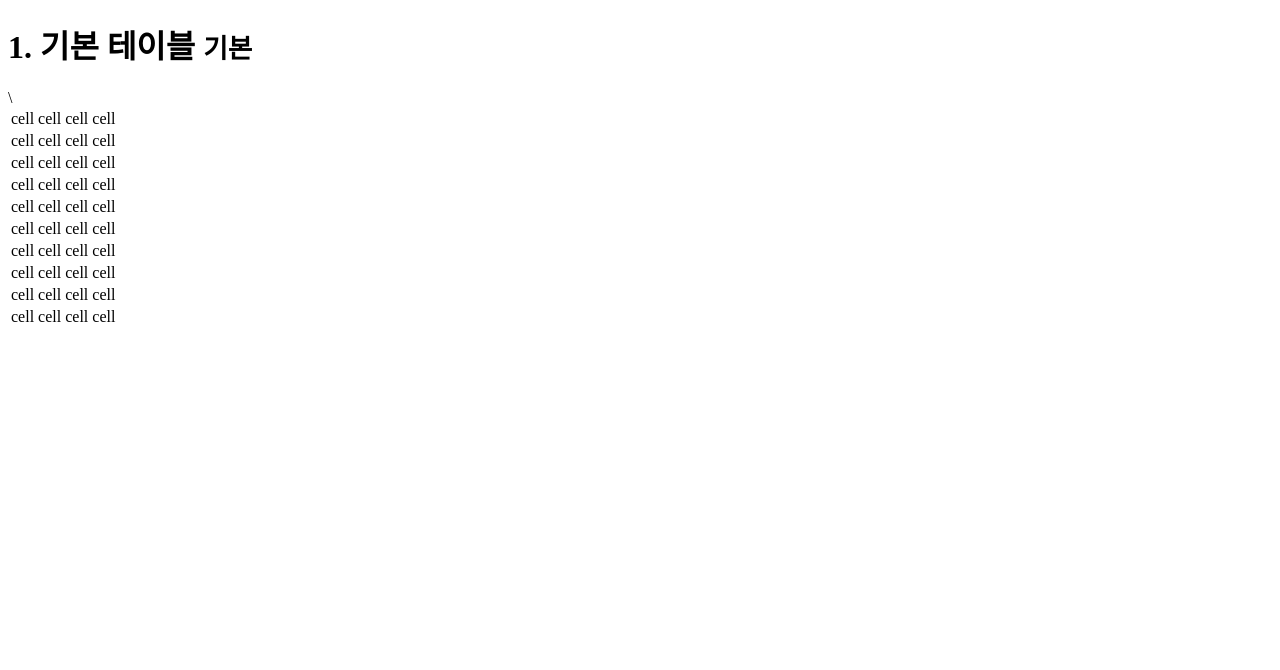
Repository: park-nahyun/BootstrapStudy
Page: BootstrapWork/WebContent/BootEx02.html
An editor plug-in stored every save of this project. The page is shown before and after the next save, followed by the edit.
The browser window is 1280 px wide. The pictures show the whole page.

Above is the page before, as saved 2021-07-01 03:29:01.

### BootstrapWork/WebContent/BootEx02.html
<!DOCTYPE html>
<html>
<head>
<meta charset="UTF-8">
<title>BootEx02.html</title>

<style type="text/css">
	/*테이블 기본 서식 */

	#table
	{
		width: 500px;
		border: 1px; solid black;
		border-collapse: collapse;
	}
</style>
<h1>1. 기본 테이블 <small>기본</small></h1>\
<!-- table>(tr>td{cell}*4)*10 -->
<table>
	<tr>
		<td>cell</td>
		<td>cell</td>
		<td>cell</td>
		<td>cell</td>
	</tr>
	<tr>
		<td>cell</td>
		<td>cell</td>
		<td>cell</td>
		<td>cell</td>
	</tr>
	<tr>
		<td>cell</td>
		<td>cell</td>
		<td>cell</td>
		<td>cell</td>
	</tr>
	<tr>
		<td>cell</td>
		<td>cell</td>
		<td>cell</td>
		<td>cell</td>
	</tr>
	<tr>
		<td>cell</td>
		<td>cell</td>
		<td>cell</td>
		<td>cell</td>
	</tr>
	<tr>
		<td>cell</td>
		<td>cell</td>
		<td>cell</td>
		<td>cell</td>
	</tr>
	<tr>
		<td>cell</td>
		<td>cell</td>
		<td>cell</td>
		<td>cell</td>
	</tr>
	<tr>
		<td>cell</td>
		<td>cell</td>
		<td>cell</td>
		<td>cell</td>
	</tr>
	<tr>
		<td>cell</td>
		<td>cell</td>
		<td>cell</td>
		<td>cell</td>
	</tr>
	<tr>
		<td>cell</td>
		<td>cell</td>
		<td>cell</td>
		<td>cell</td>
	</tr>
</table>
</head>
<body>

</body>
</html>

After the next save:
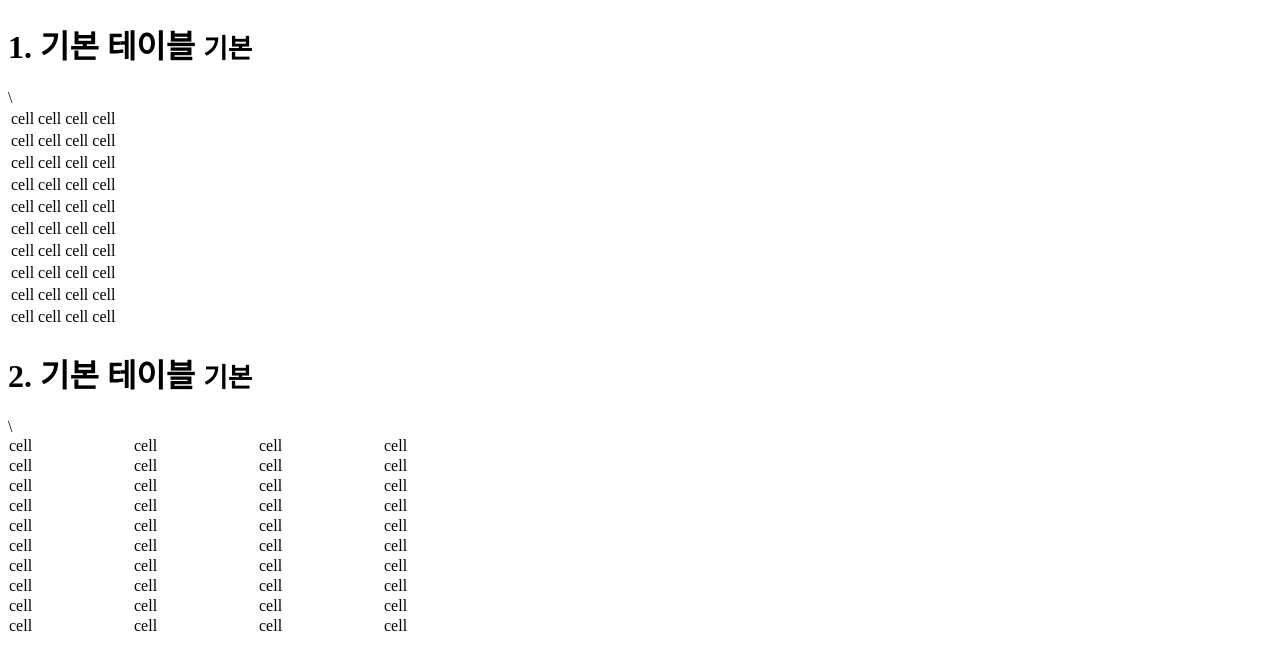
Saved 47 s later.
--- a/BootstrapWork/WebContent/BootEx02.html
+++ b/BootstrapWork/WebContent/BootEx02.html
@@ -5,7 +5,7 @@
 <title>BootEx02.html</title>
 
 <style type="text/css">
-	/*테이블 기본 서식 */
+	/* 테이블 기본 서식 */
 
 	#table
 	{
@@ -13,7 +13,11 @@
 		border: 1px; solid black;
 		border-collapse: collapse;
 	}
+
 </style>
+
+</head>
+<body>
 <h1>1. 기본 테이블 <small>기본</small></h1>\
 <!-- table>(tr>td{cell}*4)*10 -->
 <table>
@@ -78,8 +82,71 @@
 		<td>cell</td>
 	</tr>
 </table>
-</head>
-<body>
 
+
+<h1>2. 기본 테이블 <small>기본</small></h1>\
+<!-- table>(tr>td{cell}*4)*10 -->
+<table id="table">
+	<tr>
+		<td>cell</td>
+		<td>cell</td>
+		<td>cell</td>
+		<td>cell</td>
+	</tr>
+	<tr>
+		<td>cell</td>
+		<td>cell</td>
+		<td>cell</td>
+		<td>cell</td>
+	</tr>
+	<tr>
+		<td>cell</td>
+		<td>cell</td>
+		<td>cell</td>
+		<td>cell</td>
+	</tr>
+	<tr>
+		<td>cell</td>
+		<td>cell</td>
+		<td>cell</td>
+		<td>cell</td>
+	</tr>
+	<tr>
+		<td>cell</td>
+		<td>cell</td>
+		<td>cell</td>
+		<td>cell</td>
+	</tr>
+	<tr>
+		<td>cell</td>
+		<td>cell</td>
+		<td>cell</td>
+		<td>cell</td>
+	</tr>
+	<tr>
+		<td>cell</td>
+		<td>cell</td>
+		<td>cell</td>
+		<td>cell</td>
+	</tr>
+	<tr>
+		<td>cell</td>
+		<td>cell</td>
+		<td>cell</td>
+		<td>cell</td>
+	</tr>
+	<tr>
+		<td>cell</td>
+		<td>cell</td>
+		<td>cell</td>
+		<td>cell</td>
+	</tr>
+	<tr>
+		<td>cell</td>
+		<td>cell</td>
+		<td>cell</td>
+		<td>cell</td>
+	</tr>
+</table>
 </body>
 </html>
